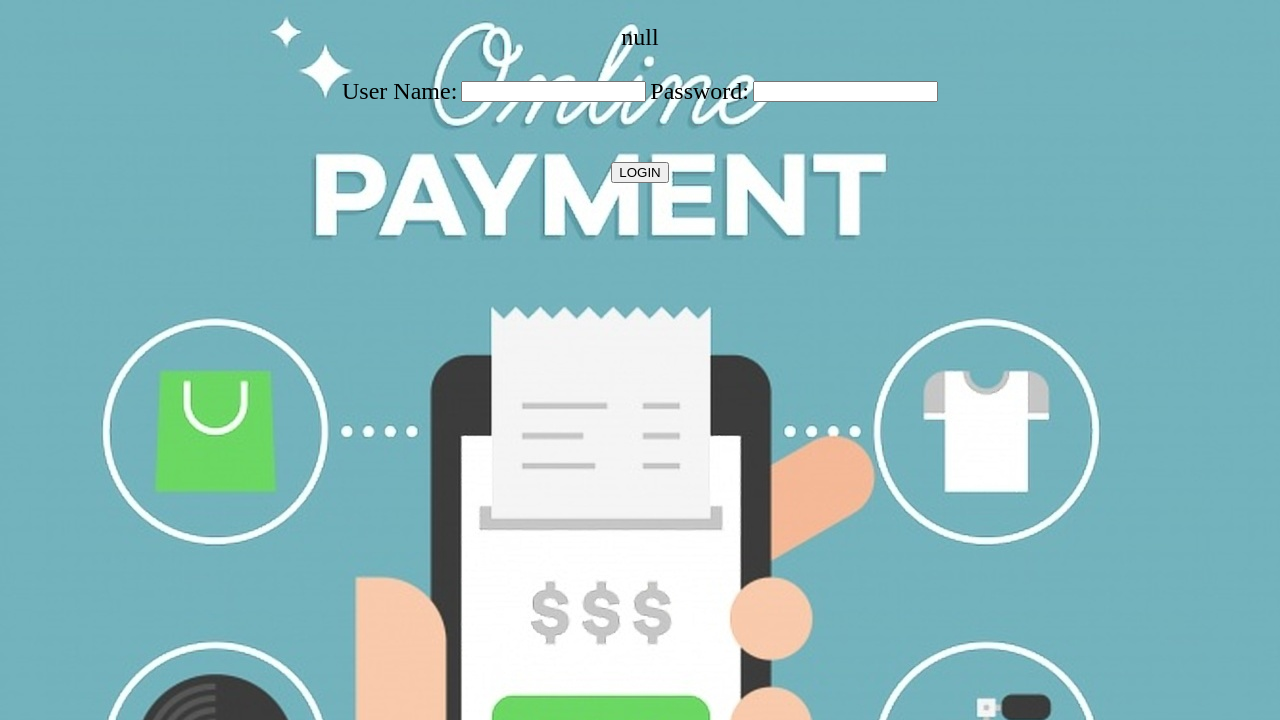
Repository: shaharyar-shamshi/crossplatform
Page: http://localhost/transaction/loginfailed.jsp
These files come from the project's save history. The page is drawn as it stood at one moment and after the next save; the edit follows.
The browser window is 1280 px wide. The pictures show the whole page.
The page is served by Tomcat 9. Other server files are loaded and not shown.

Above is the page before, as saved 2018-02-03 12:17:01.

### transaction/WebContent/loginfailed.jsp

    <!DOCTYPE html PUBLIC "-//W3C//DTD HTML 4.01 Transitional//EN" "http://www.w3.org/TR/html4/loose.dtd">
<html>
<head>
	<style type="text/css">
		body
{
	background-image: url(back.jpg);
	font-size: x-large;
}
.login-btn
{
	font-size: x-large;
}
	</style>

<title>Insert title here</title>
</head>
<body>
<p align="center"> <%= request.getAttribute("msg") %> </p>
<form align="center" action="logincheck" method="post">
<table align="center">
<tr>
<td>
User Name:
</td>
<td>
<input type="text" name="userid" length=25/>
</td>
<td> Password:</td>
<td><input type="password" name="password" length=25 /></td>
</tr>
</table>
<br><br>

<button class="btn btn-primary">LOGIN</button>
</form>

</body>
</html>

After the next save:
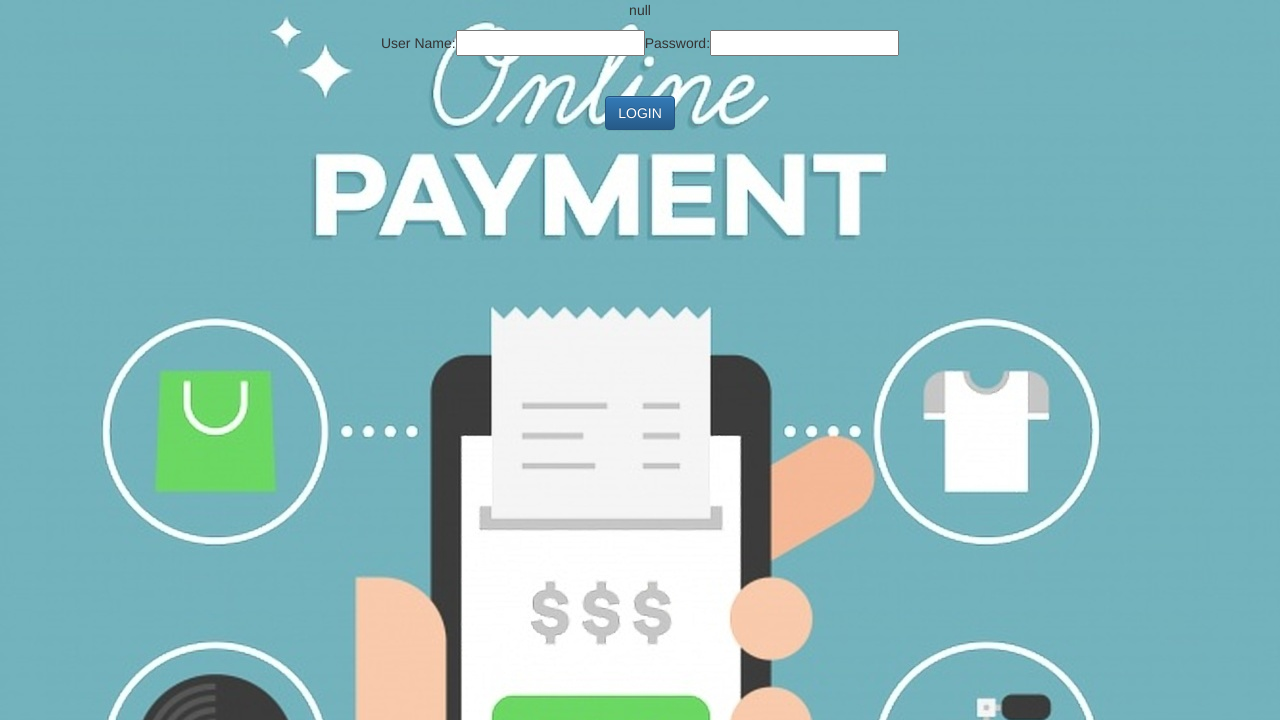
Console error (its wording comes from the project's code and is left out).
Saved 2 min 47 s later.
--- a/transaction/WebContent/loginfailed.jsp
+++ b/transaction/WebContent/loginfailed.jsp
@@ -13,7 +13,13 @@
 	font-size: x-large;
 }
 	</style>
+	<link rel="stylesheet" href="https://maxcdn.bootstrapcdn.com/bootstrap/3.3.7/css/bootstrap.min.css" integrity="sha384-BVYiiSIFeK1dGmJRAkycuHAHRg32OmUcww7on3RYdg4Va+PmSTsz/K68vbdEjh4u" crossorigin="anonymous">
 
+<!-- Optional theme -->
+<link rel="stylesheet" href="https://maxcdn.bootstrapcdn.com/bootstrap/3.3.7/css/bootstrap-theme.min.css" integrity="sha384-rHyoN1iRsVXV4nD0JutlnGaslCJuC7uwjduW9SVrLvRYooPp2bWYgmgJQIXwl/Sp" crossorigin="anonymous">
+
+<!-- Latest compiled and minified JavaScript -->
+<script src="https://maxcdn.bootstrapcdn.com/bootstrap/3.3.7/js/bootstrap.min.js" integrity="sha384-Tc5IQib027qvyjSMfHjOMaLkfuWVxZxUPnCJA7l2mCWNIpG9mGCD8wGNIcPD7Txa" crossorigin="anonymous"></script>
 <title>Insert title here</title>
 </head>
 <body>
